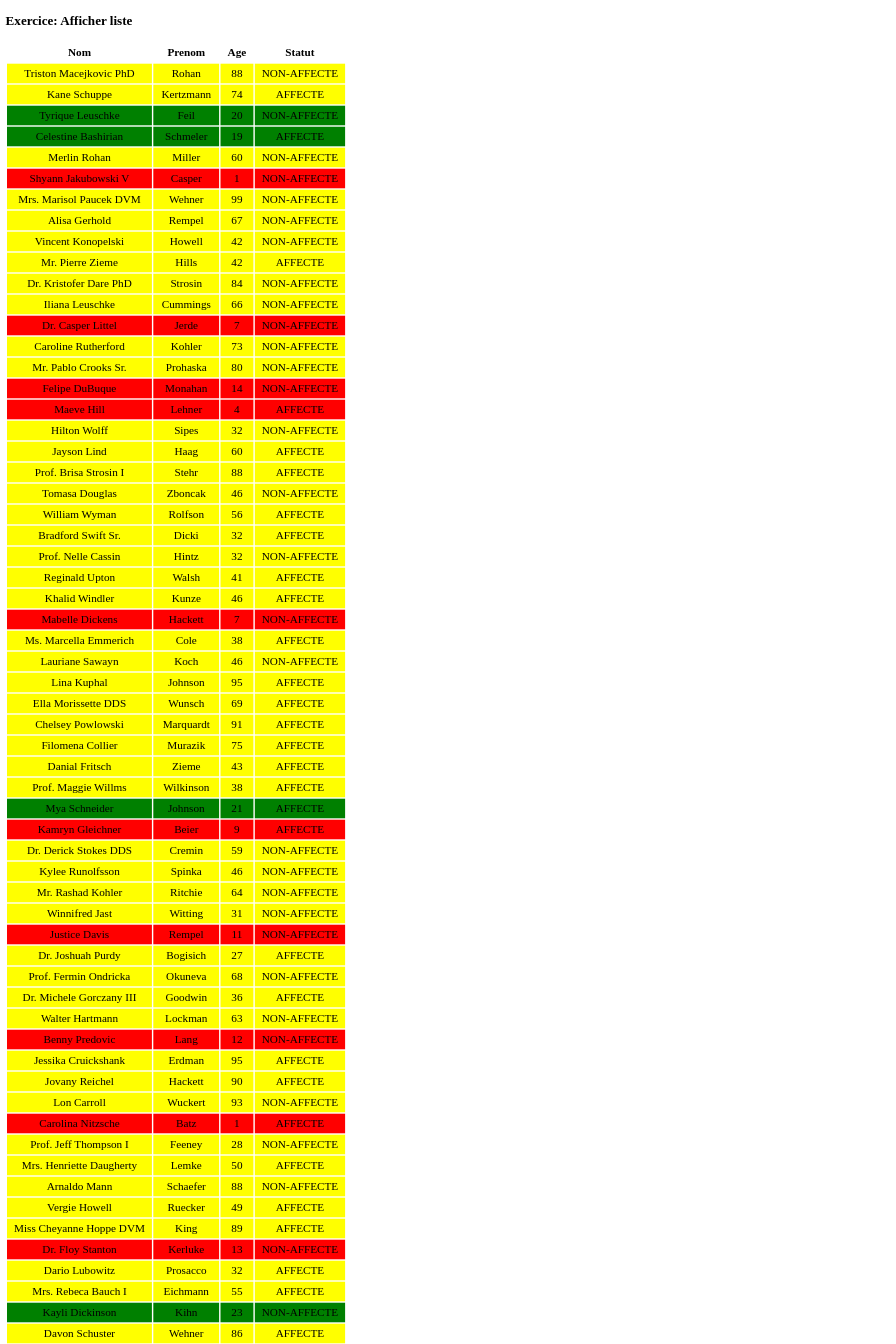
Repository: Bfabien99/PHPREPO
Page: http://localhost/
An editor plug-in stored every save of this project. The page is shown before and after a run of saves, followed by the edit.
The browser window is 1280 px wide. The pictures show the part of the page from y = 0 to 1920 px (the page is 3069 px tall before and 3087 px after), at 70% of full size.
The page is run by PHP 8.4 with error messages shown; the project is at /var/www/html/.

Above is the page before, as saved 2021-12-10 10:58:35.

After the next 6 saves:
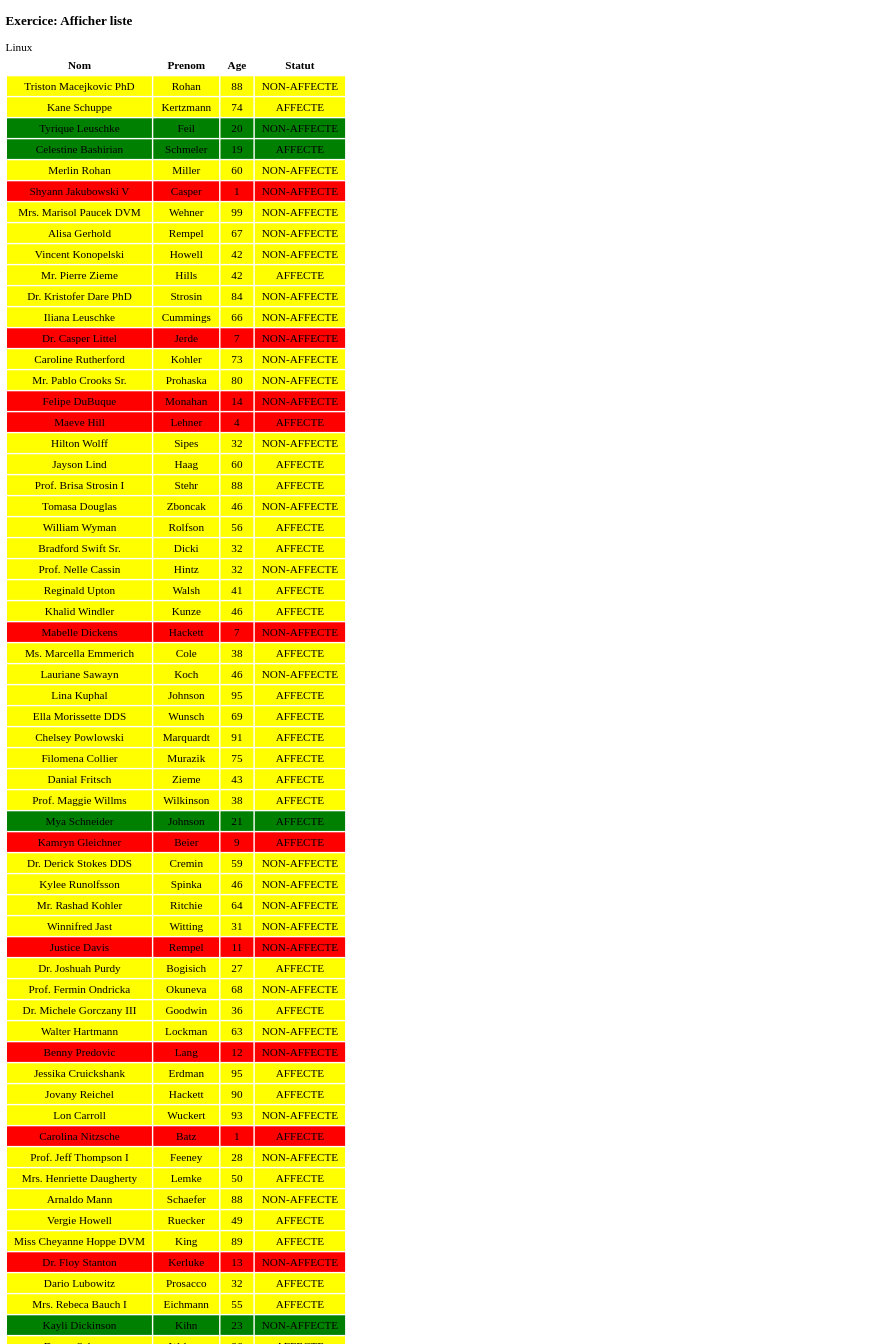
The 6 saves are shown as one change because they came seconds apart.
The last was saved 19 s later.
--- a/MakeFakeData/src/index.php
+++ b/MakeFakeData/src/index.php
@@ -53,6 +53,7 @@ while($i<= 100) {
         echo"<table><thead><tr><td>Nom</td><td>Prenom</td><td>Age</td><td>Statut</td></tr></thead>";
         echo"<tbody>";
 		define("PI",3.14);
+		echo PHP_OS;
         foreach ($list as $value) {
             // if($value["statut"]!="NON-AFFECTE"){
             // echo"<tr>";
